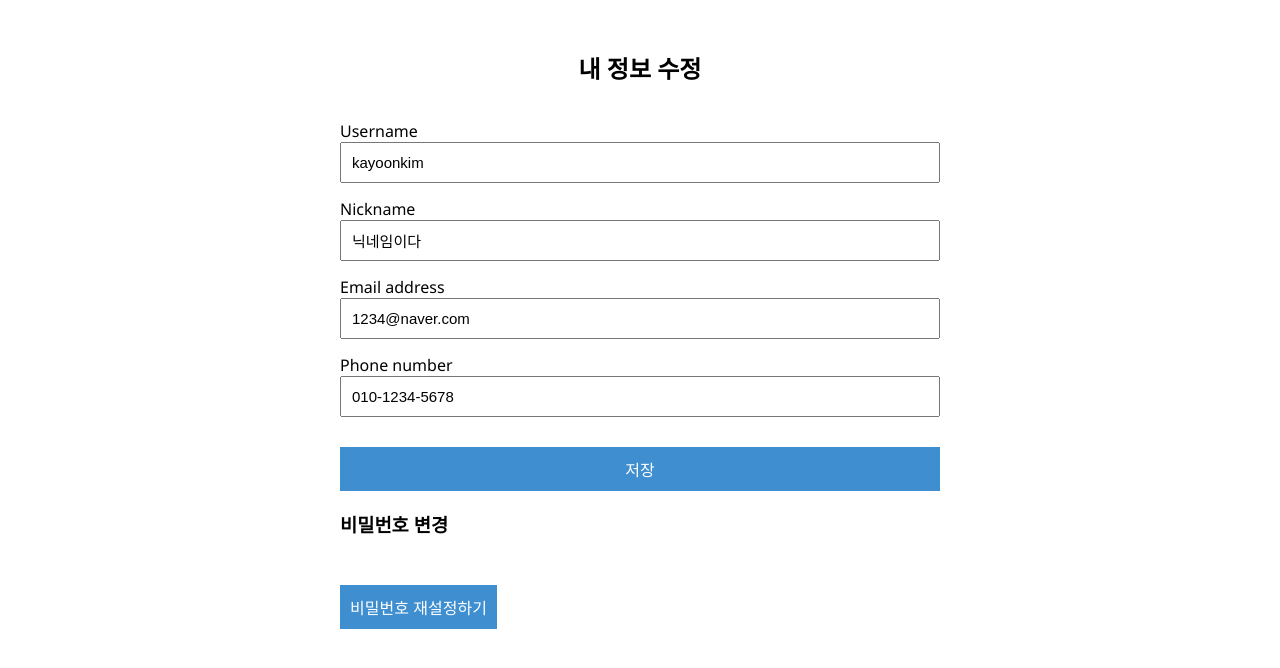
Repository: SSWU-LIKELION-13TH-BE/Django_KimGaYoon
Page: http://localhost/user/mypage/
The author's editor kept a copy of each file at every save. The page is drawn from the files as they stood at one save, then again after the next save.
The browser window is 1280 px wide. The pictures show the whole page.
The page is served by the project's application, run on Django 5.2 (manage.py). The first stored user is signed in. Other server files are loaded and not shown. The page reads the database file committed with the project.

Above is the page before, as saved 2025-05-07 20:11:03.

### user/templates/mypage.html
<!-- templates/user/mypage.html -->
<!DOCTYPE html>
<html lang="ko">
<head>
    <meta charset="UTF-8">
    <title>마이페이지</title>
    <style>
        body {
            max-width: 600px;
            margin: 50px auto;
            font-family: 'Segoe UI', sans-serif;
        }
        h2 { text-align: center; }
        form {
            display: flex;
            flex-direction: column;
        }
        label { margin-top: 15px; }
        input {
            padding: 10px;
            font-size: 15px;
        }
        button {
            margin-top: 30px;
            padding: 10px;
            background-color: #3e8ed0;
            color: white;
            border: none;
            cursor: pointer;
            font-size: 16px;
        }
    </style>
</head>
<body>
    <h2>내 정보 수정</h2>
    <form method="post">
        {% csrf_token %}
        {% for field in form %}
            <label for="{{ field.id_for_label }}">{{ field.label }}</label>
            {{ field }}
            {% if field.errors %}
                <p style="color:red;">{{ field.errors }}</p>
            {% endif %}
        {% endfor %}
        <button type="submit">저장</button>
    </form>
    <h3>비밀번호 변경</h3>
        <a href="{% url 'password_reset' %}">
        <button type="button">비밀번호 재설정하기</button>
</a>
</body>
</html>

### user/forms.py
from django import forms
from django.contrib.auth.forms import UserCreationForm
from django.contrib.auth.forms import UserChangeForm
from .models import CustomUser

class SignUpForm(UserCreationForm):
    email = forms.EmailField(required=True)
    nickname = forms.CharField(max_length=30, required=True)

    class Meta:
        model = CustomUser
        fields = ( 'username', 'email','nickname','phone_number', 'password1', 'password2')

class PasswordResetForm(forms.Form):
    username = forms.CharField(label="아이디", max_length=150)
    email = forms.EmailField(label="이메일", required=True)
    new_password = forms.CharField(label="새 비밀번호", widget=forms.PasswordInput)

class MyPageUpdateForm(forms.ModelForm):
    class Meta:
        model = CustomUser
        fields = ['username', 'nickname', 'email', 'phone_number']

### user/models.py
from django.contrib.auth.models import AbstractUser, Group, Permission
from django.db import models

# Create your models here.
class CustomUser(AbstractUser):
    # add additional fields in here
    phone_number = models.CharField(max_length=15, blank=True, null=True)
    nickname = models.CharField(max_length=30, blank=True, null=True)

    groups= models.ManyToManyField(Group, related_name="customuser_set", blank=True)
    user_permissions = models.ManyToManyField(Permission, related_name="customuser_permissions_set", blank=True)
    pass

### user/views.py
from django.shortcuts import render, redirect
from django.contrib.auth import login, logout, authenticate, get_user_model
from .forms import SignUpForm, PasswordResetForm
from django.contrib.auth.decorators import login_required
from django.contrib.auth.forms import PasswordChangeForm
from django.contrib import messages

User = get_user_model()

def signup_view(request):
    if request.method == 'POST':
        form = SignUpForm(request.POST)
        if form.is_valid():
            user = form.save()
            return redirect('signup')
    else:
        form = SignUpForm()
    return render(request, 'signup.html', {'form': form})

def login_view(request):
    if request.method == 'POST':
        username = request.POST.get("username")
        password = request.POST.get("password")
        user = authenticate(request, username=username, password=password)
        if user is not None:
            login(request, user)
            return redirect("post_list")  # 로그인 성공 시 이동할 URL
        else:
            return render(request, "login.html", {"error": "로그인 정보가 올바르지 않습니다."})
    return render(request, "login.html")

def logout_view(request):
    if request.method == 'POST':
        logout(request)
        return redirect('login')  # 로그아웃 후 이동할 URL
    return render(request, "logout.html")

def home_view(request):
    return render(request, 'home.html')  # 로그인 성공 시 이동할 URL


'''
def password_reset_view(request):
    if request.method == 'POST':
        email = request.POST.get("email")
        # 비밀번호 초기화 로직 추가
        return redirect('login')  # 비밀번호 초기화 후 이동할 URL
    return render(request, "password_reset.html")

from django.core.mail import send_mail
from django.http import HttpResponse

def send_email(request):
    if request.method == "POST":
        subject = "비밀번호 재설정 요청"
        message = "비밀번호를 재설정하려면 아래 링크를 클릭하세요."
        from_email = "20221188@sungshin.ac.kr"  # 발신 이메일
        recipient_list = [request.POST.get("email")]  # 사용자가 입력한 이메일

        try:
            send_mail(subject, message, from_email, recipient_list)
            return HttpResponse("이메일이 성공적으로 전송되었습니다.")  # 성공 메시지 반환
        except Exception as e:
            return HttpResponse(f"이메일 전송에 실패했습니다: {e}")  # 실패 메시지 반환

    return render(request, "password_reset.html")  # GET 요청 시 템플릿 렌더링
'''
# 비밀번호 찾기 (아이디와 이메일을 입력받고 비밀번호 변경)
def password_reset_view(request):
    if request.method == 'POST':
        username = request.POST.get('username')
        email = request.POST.get('email')
        new_password = request.POST.get('new_password')

        try:
            # 사용자가 입력한 username과 email로 유저 찾기
            user = User.objects.get(username=username, email=email)

            # 비밀번호 유효성 검사를 여기에 추가 가능
            if len(new_password) < 8:
                messages.error(request, '비밀번호는 최소 8자 이상이어야 합니다.')
                return redirect('password_reset')

            # 비밀번호 변경
            user.set_password(new_password)  # 비밀번호 변경
            user.save()

            messages.success(request, '비밀번호가 성공적으로 변경되었습니다.')
            return redirect('login')  # 로그인 페이지로 리디렉션

        except User.DoesNotExist:
            messages.error(request, '아이디와 이메일이 일치하지 않습니다.')
            return redirect('password_reset')

    return render(request, 'password_reset.html')

from django.contrib.auth.decorators import login_required
from django.shortcuts import render, redirect
from .forms import MyPageUpdateForm

@login_required
def mypage_view(request):
    if request.method == 'POST':
        form = MyPageUpdateForm(request.POST, instance=request.user)
        if form.is_valid():
            form.save()
            return redirect('mypage')  # 저장 후 다시 마이페이지로 이동
    else:
        form = MyPageUpdateForm(instance=request.user)
    return render(request, 'mypage.html', {'form': form})

### myproject/urls.py
"""
URL configuration for myproject project.

The `urlpatterns` list routes URLs to views. For more information please see:
    https://docs.djangoproject.com/en/5.1/topics/http/urls/
Examples:
Function views
    1. Add an import:  from my_app import views
    2. Add a URL to urlpatterns:  path('', views.home, name='home')
Class-based views
    1. Add an import:  from other_app.views import Home
    2. Add a URL to urlpatterns:  path('', Home.as_view(), name='home')
Including another URLconf
    1. Import the include() function: from django.urls import include, path
    2. Add a URL to urlpatterns:  path('blog/', include('blog.urls'))
"""

from django.contrib import admin
from django.urls import path, include

def redirect_to_home(request):
    return redirect('home')

urlpatterns = [
    path('user/', include('user.urls')),
    path('home/', include('user.urls')),
    path('admin/', admin.site.urls),
    path('', redirect_to_home),
    path('board/', include('board.urls')),
]

### user/urls.py
from django.contrib import admin
from django.urls import include, path
from django.urls import path
from .views import signup_view, login_view, logout_view, home_view, password_reset_view, mypage_view
from django.contrib.auth import views as auth_views


urlpatterns = [
    path('signup/', signup_view, name='signup'),
    path('login/', login_view, name='login'),
    path('logout/', logout_view, name='logout'),
    path('home/', home_view, name='home'),
    path('password-reset/', password_reset_view, name='password_reset'),
    path('mypage/', mypage_view, name='mypage'),

    #path('password_reset/', auth_views.PasswordResetView.as_view(), name='password_reset'),
    #path('password_reset/done/', auth_views.PasswordResetDoneView.as_view(), name='password_reset_done'),
    #path('reset/<uidb64>/<token>/', auth_views.PasswordResetConfirmView.as_view(), name='password_reset_confirm'),
    #path('reset/done/', auth_views.PasswordResetCompleteView.as_view(), name='password_reset_complete'),
    #path('admin/', admin.site.urls),  # admin 네임스페이스 등록

]

### board/urls.py
from django.urls import path
from .views import post_create, post_list, toggle_like
from . import views

urlpatterns = [
    path('', post_list, name='post_list'),
    path('create/', post_create, name='post_create'),
    path('like/<int:post_id>/', toggle_like, name='toggle_like'),
    path('<int:post_id>/', views.post_detail, name='post_detail'),
    path('<int:post_id>/edit/', views.post_edit, name='post_edit'),
    path('<int:post_id>/delete/', views.post_delete, name='post_delete'),
    path('comment/<int:comment_id>/delete/', views.comment_delete, name='comment_delete'),
    path('comment/like/', views.toggle_comment_like, name='toggle_comment_like'),
]

### db.sqlite3 (the tables this page reads, as SQL)
CREATE TABLE "user_customuser" ("id" integer NOT NULL PRIMARY KEY AUTOINCREMENT, "password" varchar(128) NOT NULL, "last_login" datetime NULL, "is_superuser" bool NOT NULL, "username" varchar(150) NOT NULL UNIQUE, "first_name" varchar(150) NOT NULL, "last_name" varchar(150) NOT NULL, "email" varchar(254) NOT NULL, "is_staff" bool NOT NULL, "is_active" bool NOT NULL, "date_joined" datetime NOT NULL, "phone_number" varchar(15) NULL, "nickname" varchar(30) NULL);
INSERT INTO "user_customuser" VALUES
(1, 'pbkdf2_sha256$1000000$omBvaDxdGyTakG9GxjopMT$xfZ4b348etwwOgoHBtq/3/68xlazLH3stcTjSWhdIJU=', '2025-05-07 10:52:54.071062', 0, 'kayoonkim', '', '', '1234@naver.com', 0, 1, '2025-03-31 07:44:44.557583', '010-1234-5678', '닉네임이다'),
(2, 'pbkdf2_sha256$870000$TNV0vtA7EXRbEChvn3Q6CN$kKjw9kX2CoWQlQIbsTzHtsQSmf9ZLIAxUzXK2QWo2IQ=', '2025-04-04 13:26:07.583682', 0, 'jacy', '', '', '20221188@sungshin.ac.kr', 0, 1, '2025-04-04 12:26:18.644352', '010-1234-1234', 'meme'),
(3, 'pbkdf2_sha256$870000$wYI68wmkGGN8WJguAZZKjO$k2GZmCUmS0lVa8+zkjEBiO5zamhgkR9JLVZrOcyB5m8=', '2025-04-09 07:58:41.559087', 0, 'test', '', '', 'test@naver.com', 0, 1, '2025-04-09 07:58:01.974804', '010-1234-1234', 'test_user');

After the next save:
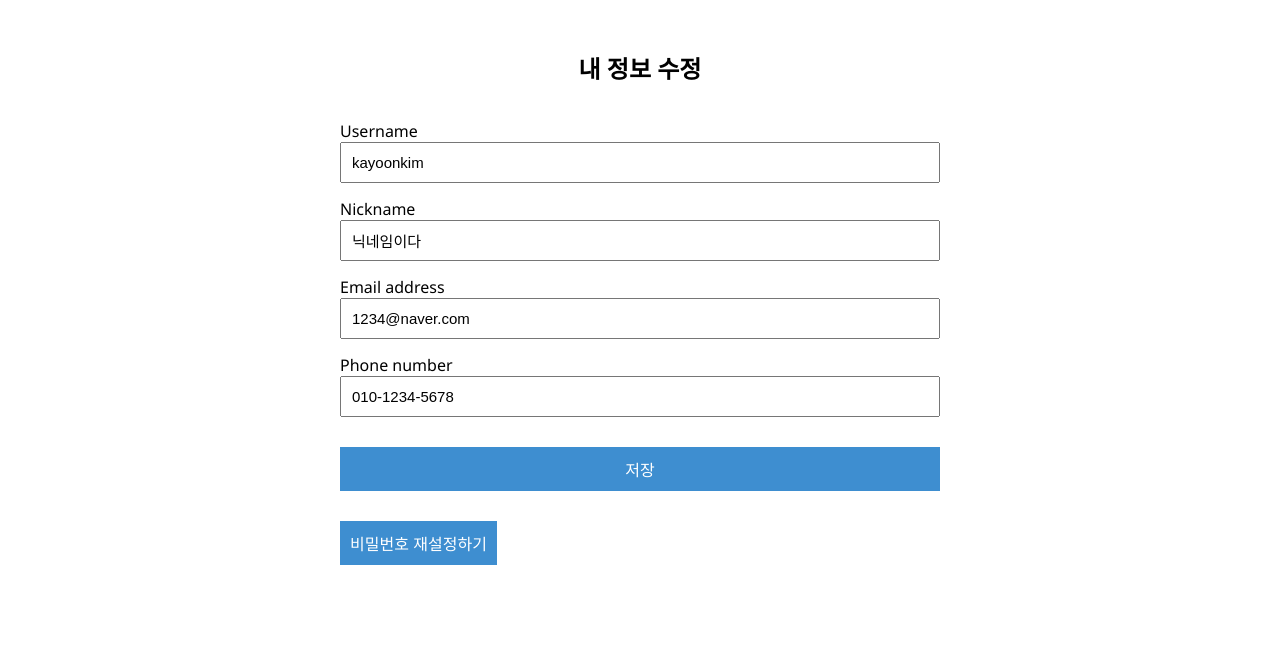
Saved 36 s later.
--- a/user/templates/mypage.html
+++ b/user/templates/mypage.html
@@ -44,7 +44,6 @@
         {% endfor %}
         <button type="submit">저장</button>
     </form>
-    <h3>비밀번호 변경</h3>
         <a href="{% url 'password_reset' %}">
         <button type="button">비밀번호 재설정하기</button>
 </a>
